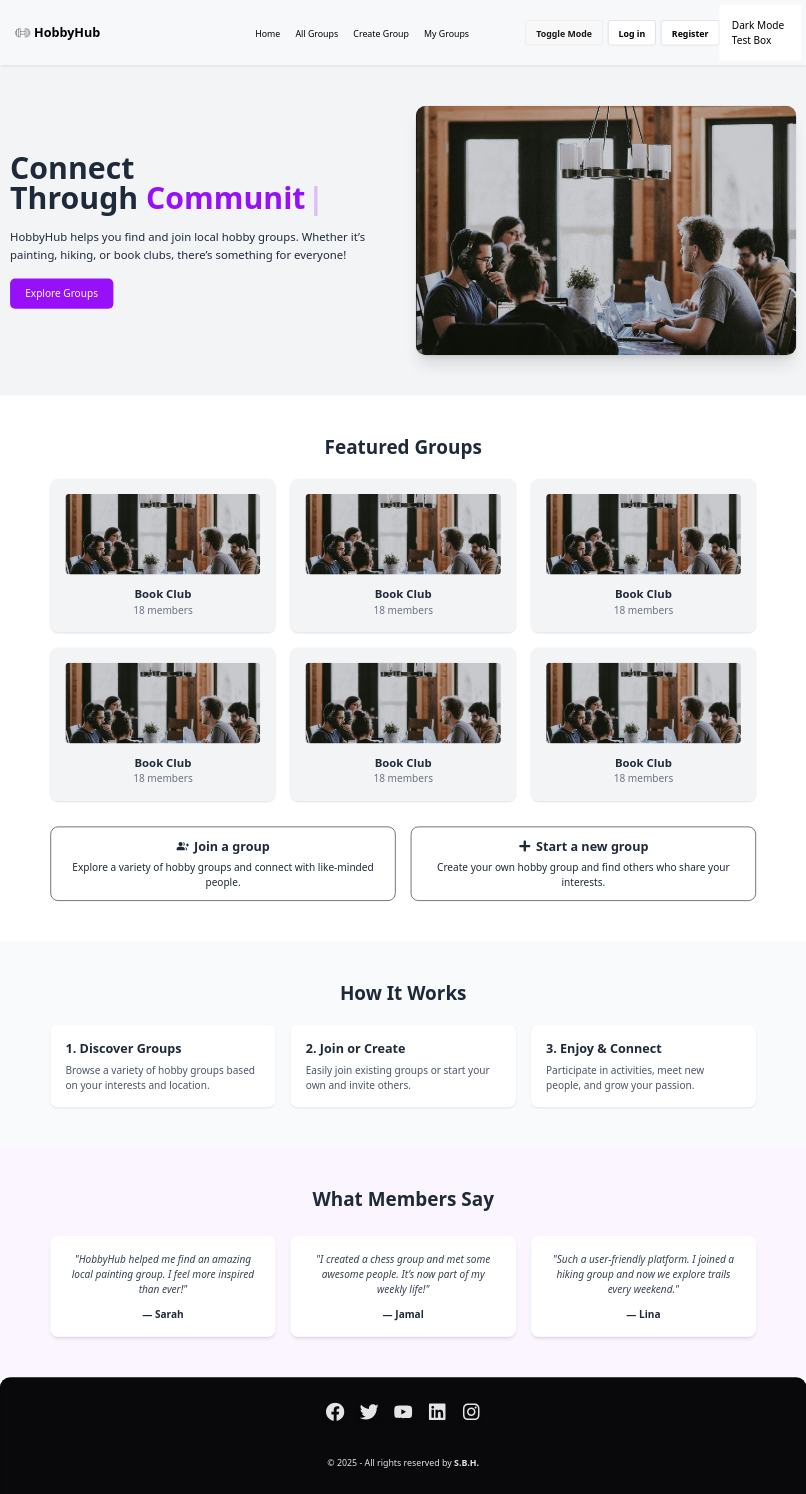
Repository: syedbayzid82849/Hobby_Hub_Client_site
Page: /
These files come from the project's save history. The page is drawn as it stood at one moment and after a run of saves; the edit follows.
The browser window is 1280 px wide. The pictures show the whole page, at 63% of full size.
The project was rebuilt for these pictures with package versions that can differ from the ones it lists, and the page was loaded fresh each time. Also part of the build but not shown: src/App.jsx.

Above is the page before, as saved 2025-05-20 20:08:55.

After the next 2 saves:
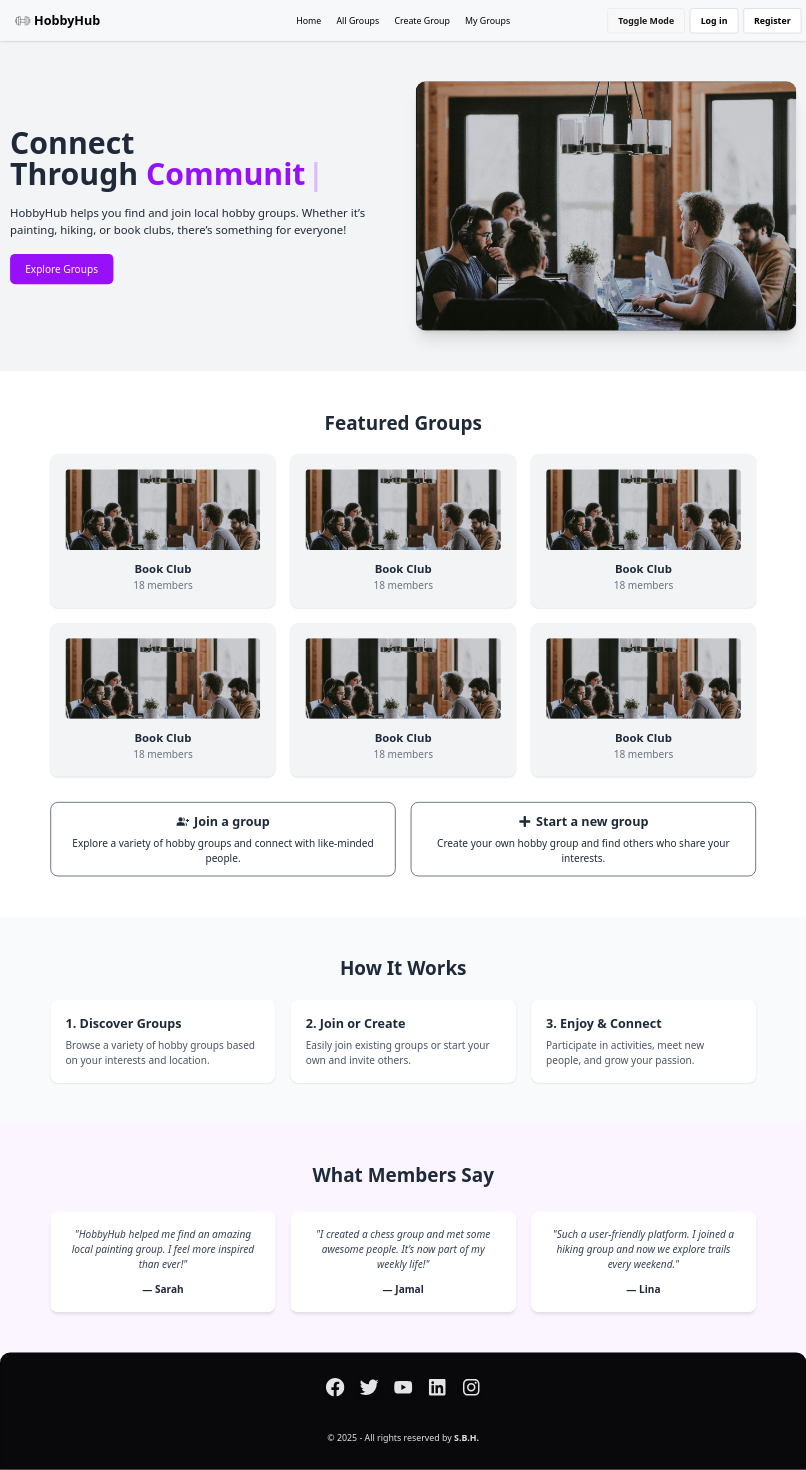
The 2 saves are shown as one change because they came seconds apart.
The last was saved 11 s later.
--- a/src/Components/Navbar/Navbar.jsx
+++ b/src/Components/Navbar/Navbar.jsx
@@ -71,9 +71,6 @@ const Navbar = () => {
                 </NavLink>
 
             </div>
-            <div className="bg-white dark:bg-gray-900 text-black dark:text-white p-5">
-                Dark Mode Test Box
-            </div>
         </div>
     );
 };
